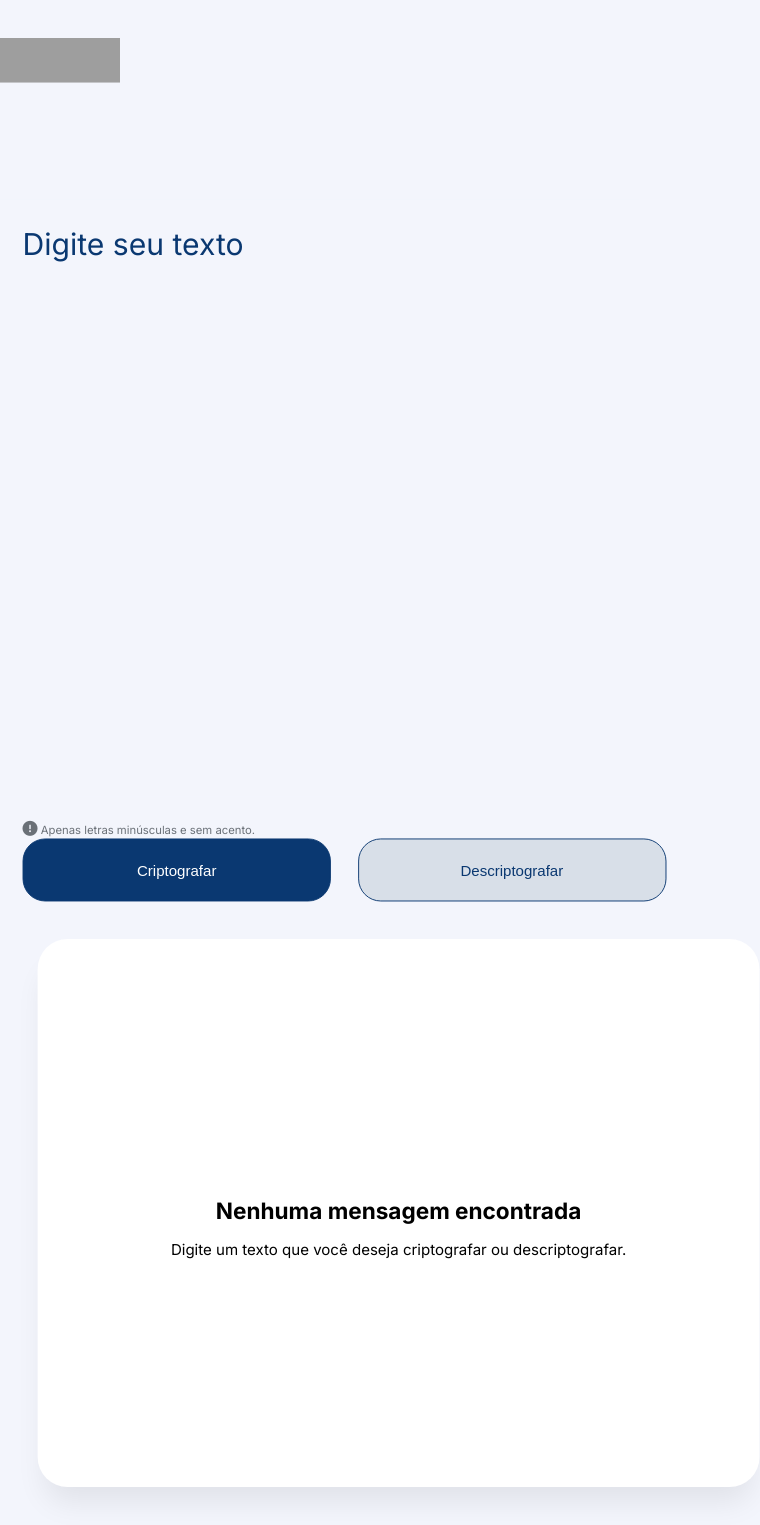
Repository: CarlosEduardoVdeOliveira/descodificador-de-texto
Page: index.html
An editor plug-in stored every save of this project. The page is shown before and after the next save, followed by the edit.
The browser window is 768 px wide. The page is 808 px wide, then 768 px, so the pictures cover 808 px, including what lies to the right of the window. The pictures show the whole page, at 94% of full size.
Pictures or frames that could not be fetched are drawn as grey boxes.

Above is the page before, as saved 2023-04-13 08:19:31.

### index.html
<!DOCTYPE html>
<html lang="en">
<head>
   <meta charset="UTF-8">
   <link rel="preconnect" href="https://fonts.googleapis.com">
   <link rel="preconnect" href="https://fonts.gstatic.com" crossorigin>
   <meta http-equiv="X-UA-Compatible" content="IE=edge">
   <meta name="viewport" content="width=device-width, initial-scale=1.0">
   <link href="https://fonts.googleapis.com/css2?family=Inter:wght@400;700&display=swap" rel="stylesheet">
   <link rel="stylesheet" href="https://cdnjs.cloudflare.com/ajax/libs/font-awesome/6.4.0/css/all.min.css" integrity="sha512-iecdLmaskl7CVkqkXNQ/ZH/XLlvWZOJyj7Yy7tcenmpD1ypASozpmT/E0iPtmFIB46ZmdtAc9eNBvH0H/ZpiBw==" crossorigin="anonymous" referrerpolicy="no-referrer" />
   <link rel="stylesheet" href="/public/styles/reset.css">
   <link rel="stylesheet" href="/public/styles/index.css">
   <link rel="stylesheet" href="/public/styles/tablet.css">
   <title>Decodificador</title>
</head>
<body>
   <main>
      <img src="/public/images/imageLogo.png"
         alt="letra a da logo da escola de programação Alura">
      <div class="frist-area">
         <textarea class="textarea-input" placeholder="Digite seu texto" autofocus></textarea>
         <div class="info">
            <span>
               <i class="fa-solid fa-circle-exclamation"></i>
               Apenas letras minúsculas e sem acento.
            </span>
            <div>
               <button class="button-cryptography">Criptografar</button>
               <button class="button-decryption">Descriptografar</button>
            </div>
         </div>
      </div>
      <div class="text-cryption">
         <img src="/public/images/imageHighLight.svg" alt="">
         <div>
            <h2>Nenhuma mensagem encontrada</h2>
            <p>
               Digite um texto que você deseja criptografar ou descriptografar.
            </p>
         </div>
      </div>
   </main>
   <script src="/public/scripts/index.js"></script>
</body>
</html>

### public/styles/reset.css
:root{
   --light-gray: #D8DFE8;
   --gray-100: #CED4DA;
   --gray-200: #ADB5BD;
   --gray-300: #868E96;
   --gray-400: #495057;
   --gray-500: #343A40;
   --light-blue-100: #F3F5FC;
   --light-blue-200: #EFF1FA;
   --light-blue-300: #E9ECF8;
   --light-blue-400: #AAB2D5;
   --light-blue-500: #757FB2;
   --dark-blue-100: #609ED4;
   --dark-blue-200: #356EA9;
   --dark-blue-300: #0A3871;
   --dark-blue-400: #072B61;
   --dark-blue-500: #052051;
}
*{
   margin: 0;
   padding: 0;
   box-sizing: border-box;
}

html{
   font-family:  'Inter', sans-serif;
   font-size: 1rem;
}

### public/styles/index.css
/* header{
   width: 100%;
   height: 2.5rem;
} */
body{
   background-color: var(--light-blue-100);
}
img{
   width: 8rem;
   height: 3rem;
   margin-top: 2.5rem;
}
main {
   display: flex;
   justify-content: space-around;
   align-items: self-start;
   margin: 0 auto;
}
.frist-area{
   display: flex;
   flex-direction: column;
   margin-top: 7.5rem;
}
textarea.textarea-input{
   width: 42.5rem;
   height: 39.68rem;
   font-family: 'Inter';
   font-size: 32px;
   line-height: 150%;
   background-color: var(--light-blue-100);
   color: var(--dark-blue-300);
   border: none;
   resize: none;
   margin-bottom: 1.5rem;
   padding: 1.5rem;
}
textarea.textarea-input:focus{
   outline: 0;
}

textarea.textarea-input::placeholder{
   color: var(--dark-blue-300);
}

i{
   color: var(--gray-400);
   font-size: 1rem;
}
span{
   font-size: 12px;
   color: var(--gray-400);
   line-height: 150%;
   opacity: 0.8;
   margin-bottom: 1rem;
}
button{
   padding: 1.5rem;
   gap: .5rem;
   width: 328px;
   height: 67px;
   border-radius: 1.5rem;
   cursor: pointer;
   font-size: 1rem;
   line-height: 19px;
   border: 1px solid var(--dark-blue-300);
   transition: all .2s;
}
.button-cryptography{
   background-color: var(--dark-blue-300);
   color: white;
   margin-right: 1.5rem;
}
.button-cryptography:hover{
   background-color: var(--dark-blue-400);
}
.button-decryption{
   background: var(--light-gray);
   color: var(--dark-blue-300);
}
.button-decryption:hover{
   background-color: var(--light-blue-200);
}
.text-cryption{
   width: 25rem;
   margin: 2.5rem;
   padding: 15.188rem 2rem;
   text-align: center;
   background-color: white;
   /* shadow */
   box-shadow: 0px 24px 32px -8px rgba(0, 0, 0, 0.08);
   border-radius: 32px;
}
.text-cryption div{
   display: flex;
   flex-direction: column;

   margin-top: 2rem;
   padding: 0px;
   gap: 16px;
}
.text-cryption img{
   width: 21rem;
   height: 19rem;
}

.format-text-cryption{
   /* padding: 2rem;
   position: relative; */

}

.button-copy-cryption{
   background-color: white;
}
.button-copy-cryption:hover{
   background-color: var(--light-blue-200);
}

### public/styles/tablet.css
@media (max-width: 768px) {
   main{
      display: block;
   }
   .info{
      margin-left: 1.5rem;
   }
   .text-cryption{
      width: 100%;
   }
   .text-cryption img{
      display: none;
   }
}

### public/scripts/index.js
const elementTextarea = document.querySelector("textarea.textarea-input");
const areaCryption = document.querySelector(".text-cryption");
const buttonCryptography = document.querySelector(".button-cryptography");
const buttonDecryption = document.querySelector(".button-decryption");


function alterTextCryptionArea(){
   areaCryption.classList.remove('text-cryption')
   areaCryption.innerHTML = `
      <p>${elementTextarea.value}</p>
      <button class="button-copy-cryption">Copiar</button>
   `;
}
/*
function copyText(){
   const text = document.querySelector("format-text-cryption")
   text.select();
   document.execCommand('copy');
} */
/* document.querySelector("button-copy-cryption").onclick = copyText */
buttonCryptography.onclick = alterTextCryptionArea
buttonDecryption.onclick = alterTextCryptionArea

After the next save:
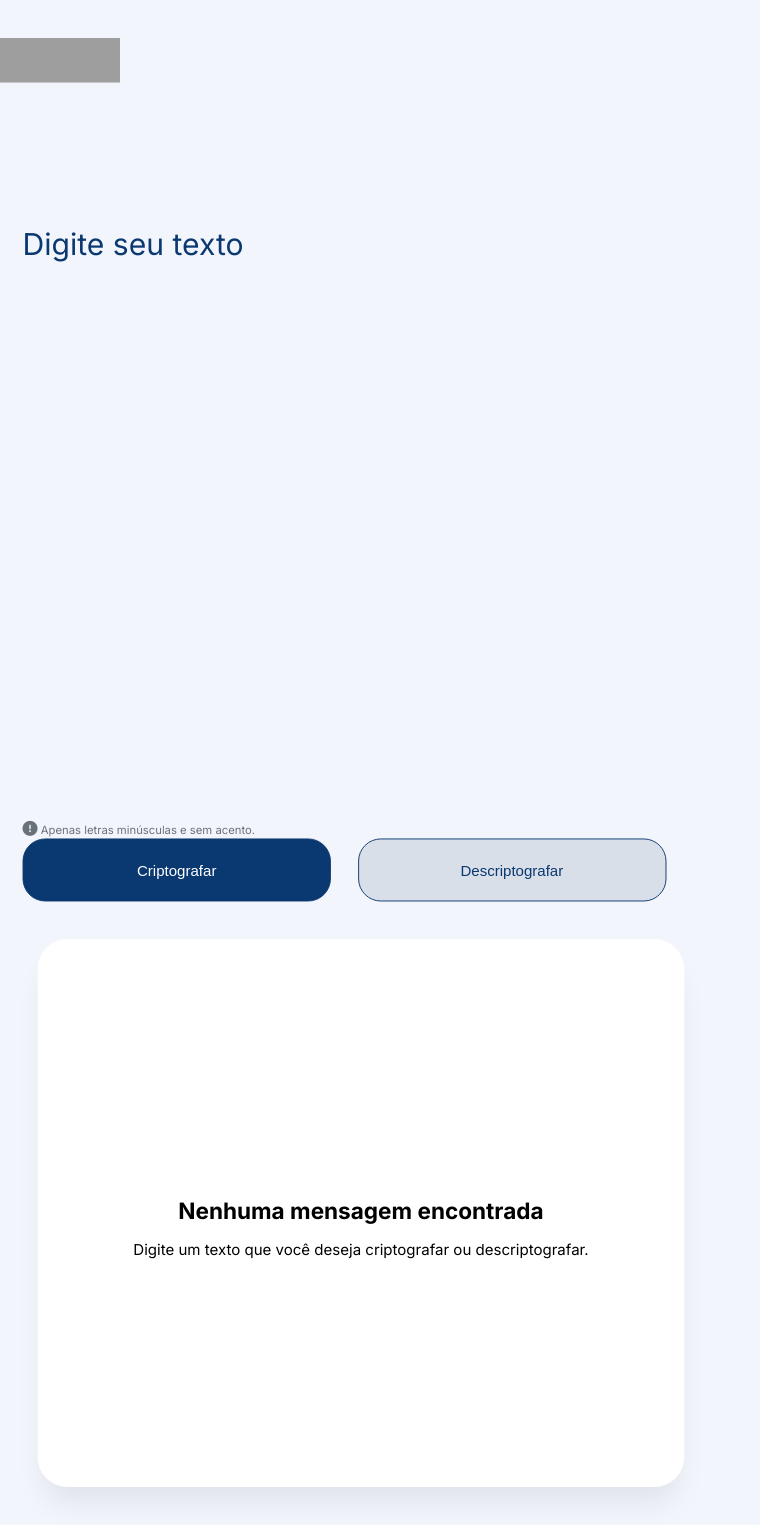
Saved 44 s later.
--- a/public/styles/tablet.css
+++ b/public/styles/tablet.css
@@ -6,7 +6,7 @@
       margin-left: 1.5rem;
    }
    .text-cryption{
-      width: 100%;
+      width: 43rem;
    }
    .text-cryption img{
       display: none;
